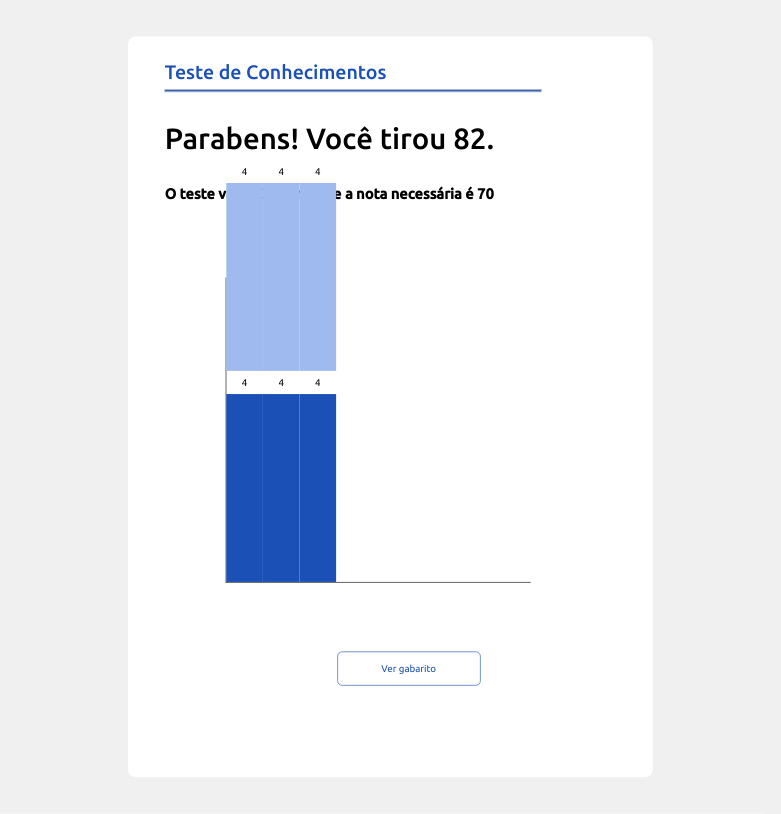
Repository: Delei09/desafioPerguntas
Page: /resultado (app in frontend/)
The author's editor kept a copy of each file at every save. The page is drawn from the files as they stood at one save, then again after the next save.
The browser window is 1280 px wide. The pictures show the whole page, at 61% of full size.
The project was rebuilt for these pictures with package versions that can differ from the ones it lists, and the page was loaded fresh each time. A package was used in the major version that the imports need, not the one package.json lists. Also part of the build but not shown: frontend/src/styles/home.scss, frontend/src/page/Home.tsx, frontend/src/styles/gabarito.scss, frontend/src/page/Gabarito.tsx.

Above is the page before, as saved 2021-08-19 08:47:59.

After the next save:
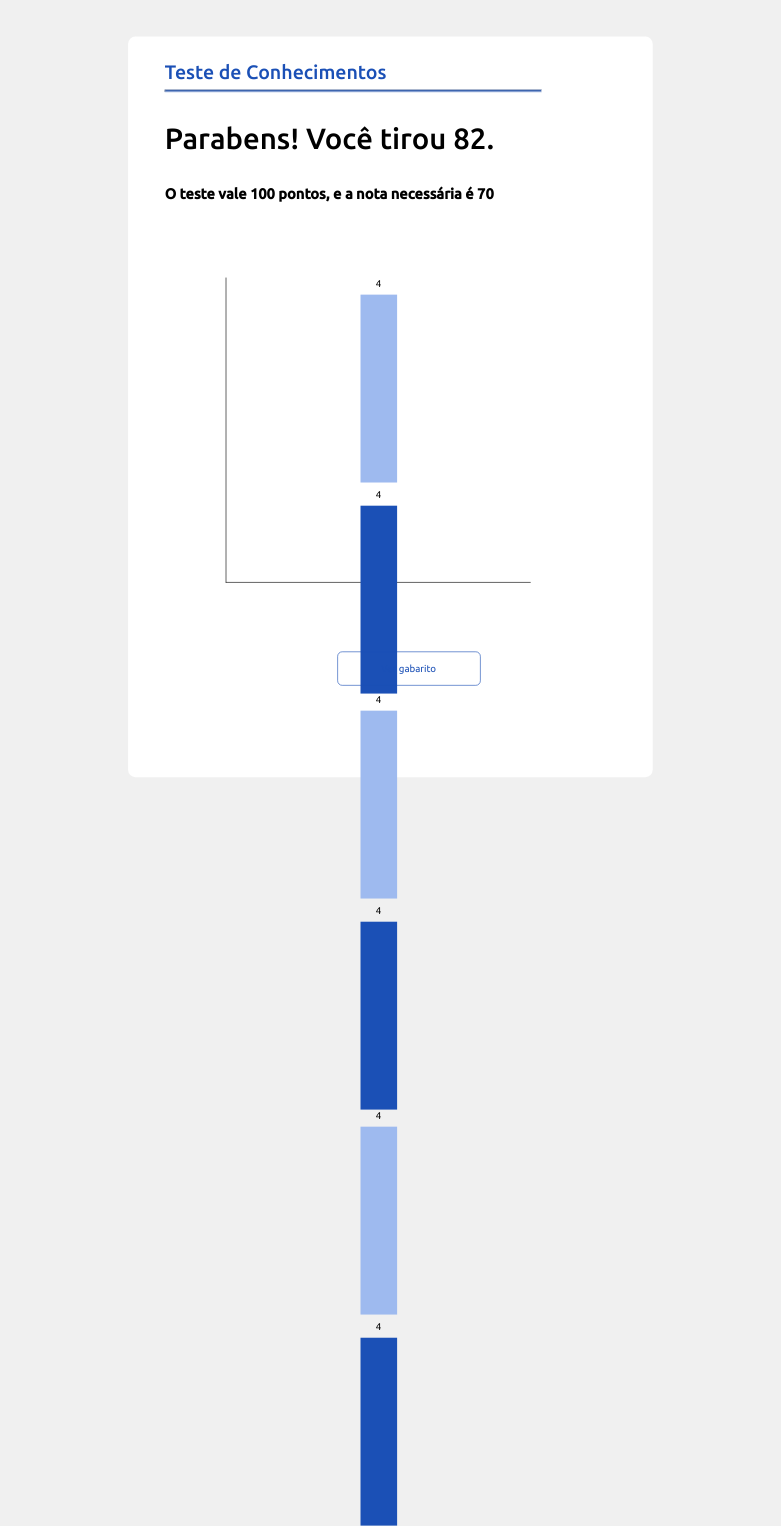
Saved 89 s later.
--- a/frontend/src/styles/resultado.scss
+++ b/frontend/src/styles/resultado.scss
@@ -11,8 +11,7 @@
  margin-top: 98px;
  margin-left: 100px;
  margin-bottom: 98px;
- display: flex;
- align-items: flex-end;
+
  gap: 0;
   div{
     gap:10px;

After the save that followed:
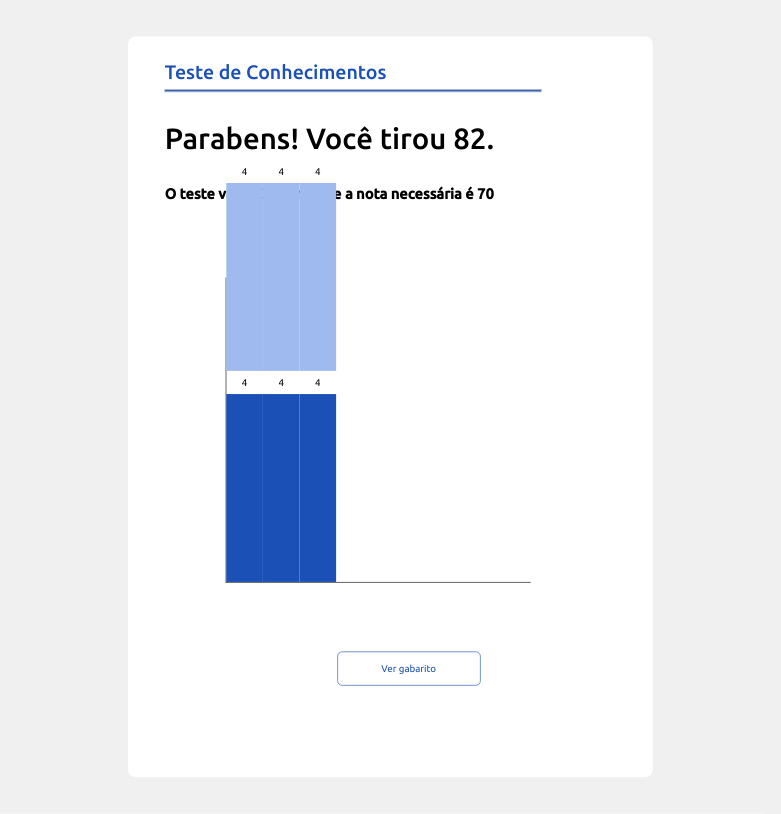
Saved 14 s later.
--- a/frontend/src/styles/resultado.scss
+++ b/frontend/src/styles/resultado.scss
@@ -11,7 +11,7 @@
  margin-top: 98px;
  margin-left: 100px;
  margin-bottom: 98px;
-
+ display: flex;
  gap: 0;
   div{
     gap:10px;
